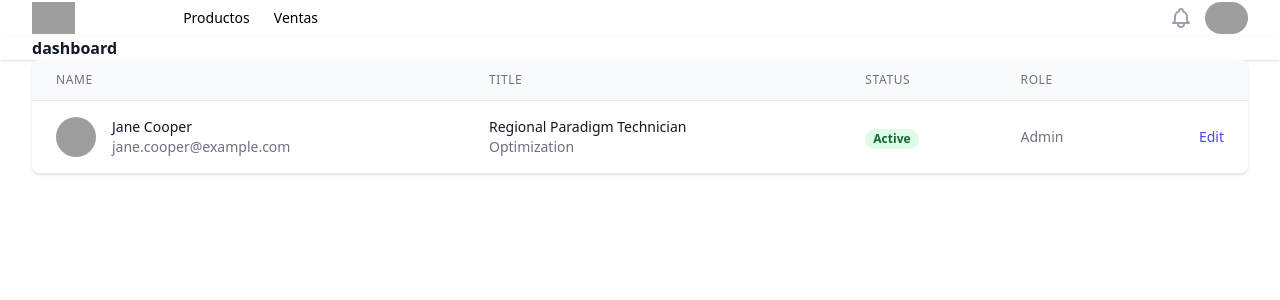
Repository: pvelosa/next-dashboard
Page: /dashboard
The author's editor kept a copy of each file at every save. The page is drawn from the files as they stood at one save, then again after a run of saves.
The browser window is 1280 px wide. The pictures show the whole page.
Pictures or frames that could not be fetched are drawn as grey boxes. The page's requests for data from a server got no answer. The project was rebuilt for these pictures with package versions that can differ from the ones it lists, and the page was loaded fresh each time. The framework's server and built-in components were replaced by stand-ins that run in the browser. No one was signed in, and anything a server would have sent is missing. Also part of the build but not shown: next.config.js.

Above is the page before, as saved 2022-06-02 23:22:38.

After the next 2 saves:
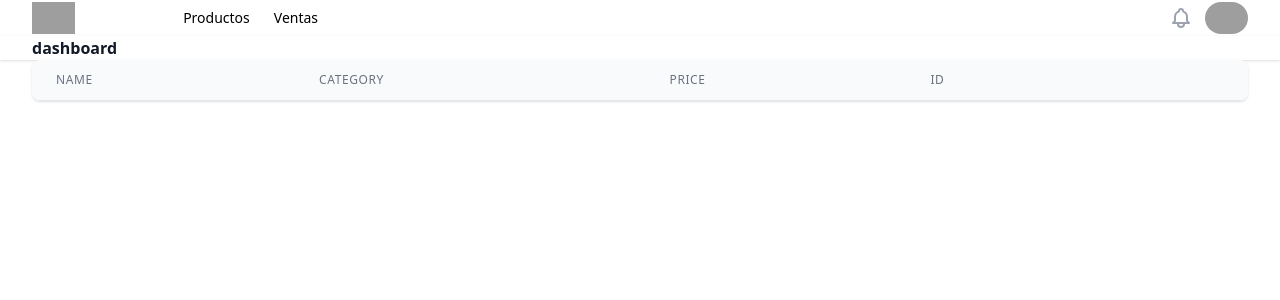
The 2 saves are shown as one change because 1 did not build or start.
The last was saved 5 min 29 s later.
--- a/pages/dashboard/index.js
+++ b/pages/dashboard/index.js
@@ -29,22 +29,22 @@ const people = [
                         Name
                       </th>
                       <th scope="col" className="px-6 py-3 text-left text-xs font-medium text-gray-500 uppercase tracking-wider">
-                        Title
+                        Category
                       </th>
                       <th scope="col" className="px-6 py-3 text-left text-xs font-medium text-gray-500 uppercase tracking-wider">
-                        Status
+                        Price
                       </th>
                       <th scope="col" className="px-6 py-3 text-left text-xs font-medium text-gray-500 uppercase tracking-wider">
-                        Role
+                        Id
                       </th>
                       <th scope="col" className="relative px-6 py-3">
-                        <span className="sr-only">Edit</span>
+                        <span className="sr-only">Delete</span>
                       </th>
                     </tr>
                   </thead>
                   <tbody className="bg-white divide-y divide-gray-200">
-                    {people.map((person) => (
-                      <tr key={person.email}>
+                    {products?.map((product) => (
+                      <tr key={`Product-item-${product.id}}`}>
                         <td className="px-6 py-4 whitespace-nowrap">
                           <div className="flex items-center">
                             <div className="flex-shrink-0 h-10 w-10">
